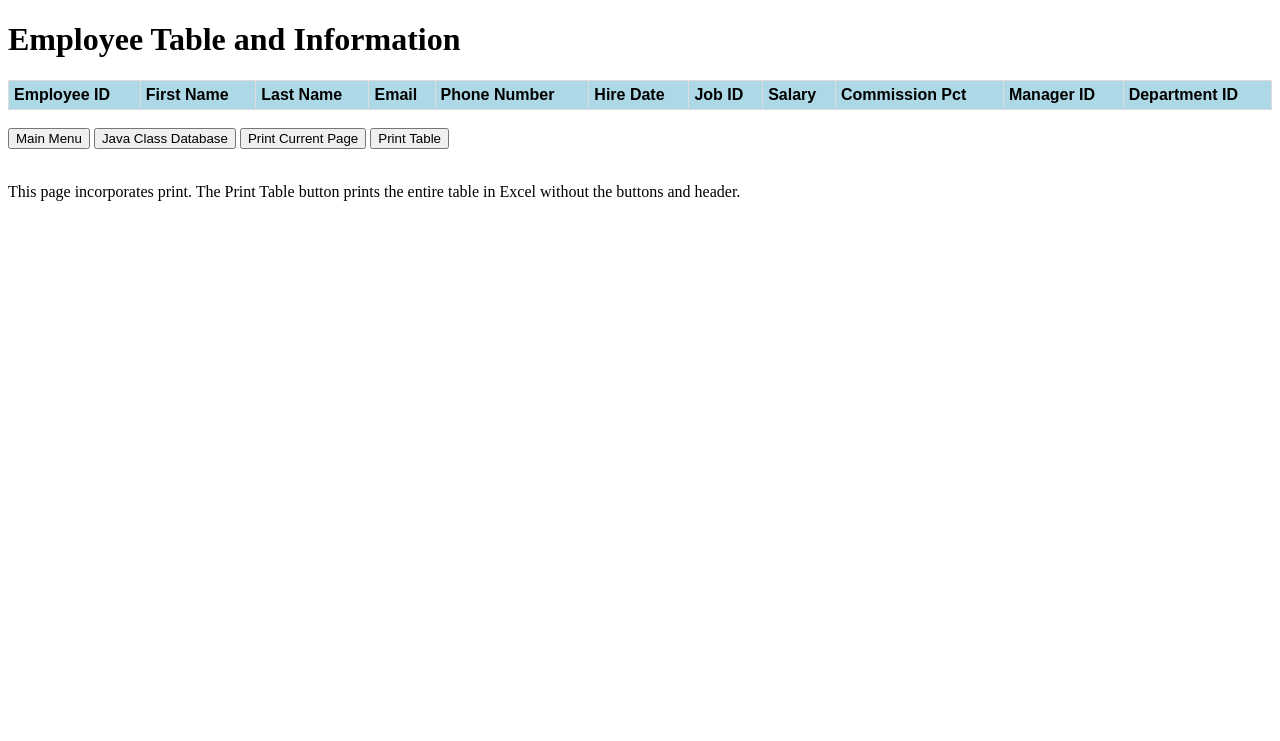
Repository: cohen-e/Demo_Project
Page: http://localhost/Demo_Project/Database.jsp
These files come from the project's save history. The page is drawn as it stood at one moment and after the next save; the edit follows.
The browser window is 1280 px wide. The pictures show the whole page.
The page is served by Tomcat 9. The session is filled in as if someone had signed in: {"user": "testuser", "id": 1}. Queries for data that is not in the repository find no rows.

Above is the page before, as saved 2018-07-02 15:00:15.

After the next save:
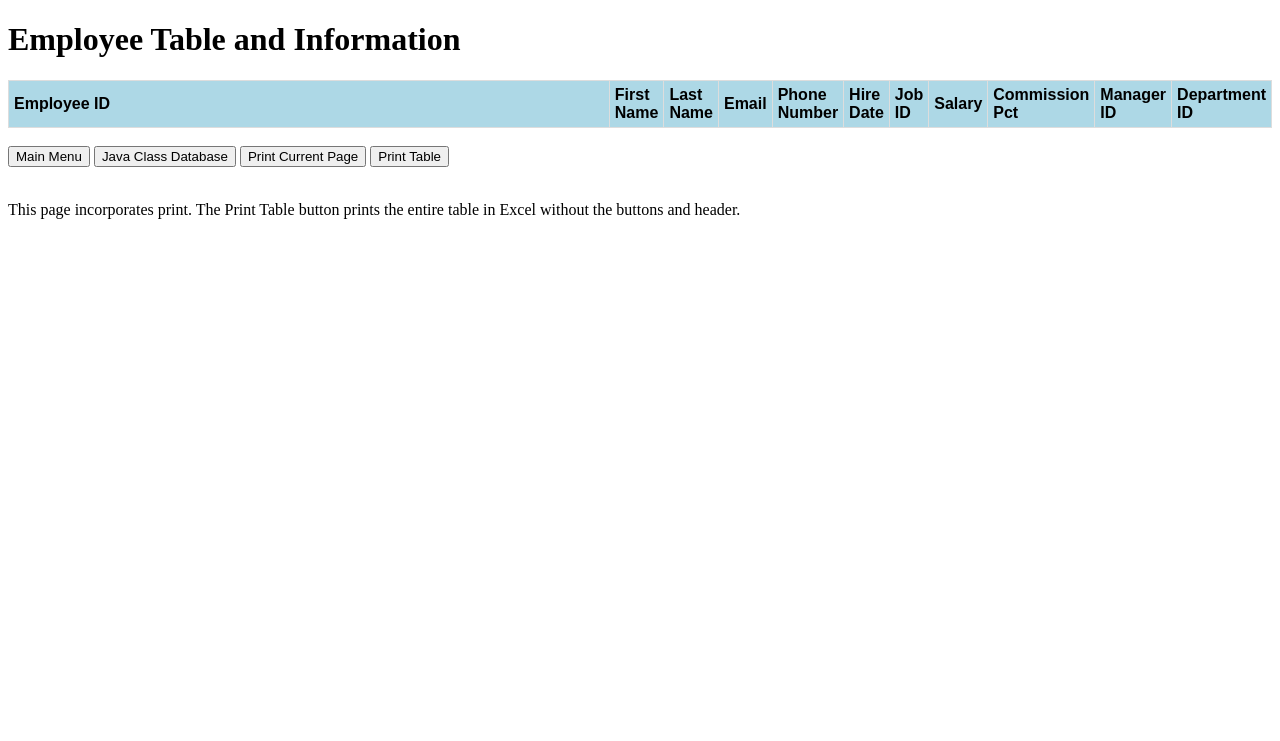
Saved 2 min 4 s later.
--- a/Demo_Project/WebContent/Database.jsp
+++ b/Demo_Project/WebContent/Database.jsp
@@ -43,17 +43,17 @@
 	<table id='myTable' border="1" align="center" width="100%">
 		<thead>
 			<tr>
-				<TH bgcolor="lightblue">Employee ID</TH>
-				<TH bgcolor="lightblue">First Name</TH>
-				<TH bgcolor="lightblue">Last Name</TH>
-				<TH bgcolor="lightblue">Email</TH>
-				<TH bgcolor="lightblue">Phone Number</TH>
-				<TH bgcolor="lightblue">Hire Date</TH>
-				<TH bgcolor="lightblue">Job ID</TH>
-				<TH bgcolor="lightblue">Salary</TH>
-				<TH bgcolor="lightblue">Commission Pct</TH>
-				<TH bgcolor="lightblue">Manager ID</TH>
-				<TH bgcolor="lightblue">Department ID</TH>
+				<TH bgcolor="lightblue" width="200%">Employee ID</TH>
+				<TH bgcolor="lightblue" width="200%">First Name</TH>
+				<TH bgcolor="lightblue" width="200%">Last Name</TH>
+				<TH bgcolor="lightblue" width="200%">Email</TH>
+				<TH bgcolor="lightblue" width="200%">Phone Number</TH>
+				<TH bgcolor="lightblue" width="200%">Hire Date</TH>
+				<TH bgcolor="lightblue" width="200%">Job ID</TH>
+				<TH bgcolor="lightblue" width="200%">Salary</TH>
+				<TH bgcolor="lightblue" width="200%">Commission Pct</TH>
+				<TH bgcolor="lightblue" width="200%">Manager ID</TH>
+				<TH bgcolor="lightblue" width="200%">Department ID</TH>
 			</tr>
 		</thead>
 		<tbody>
